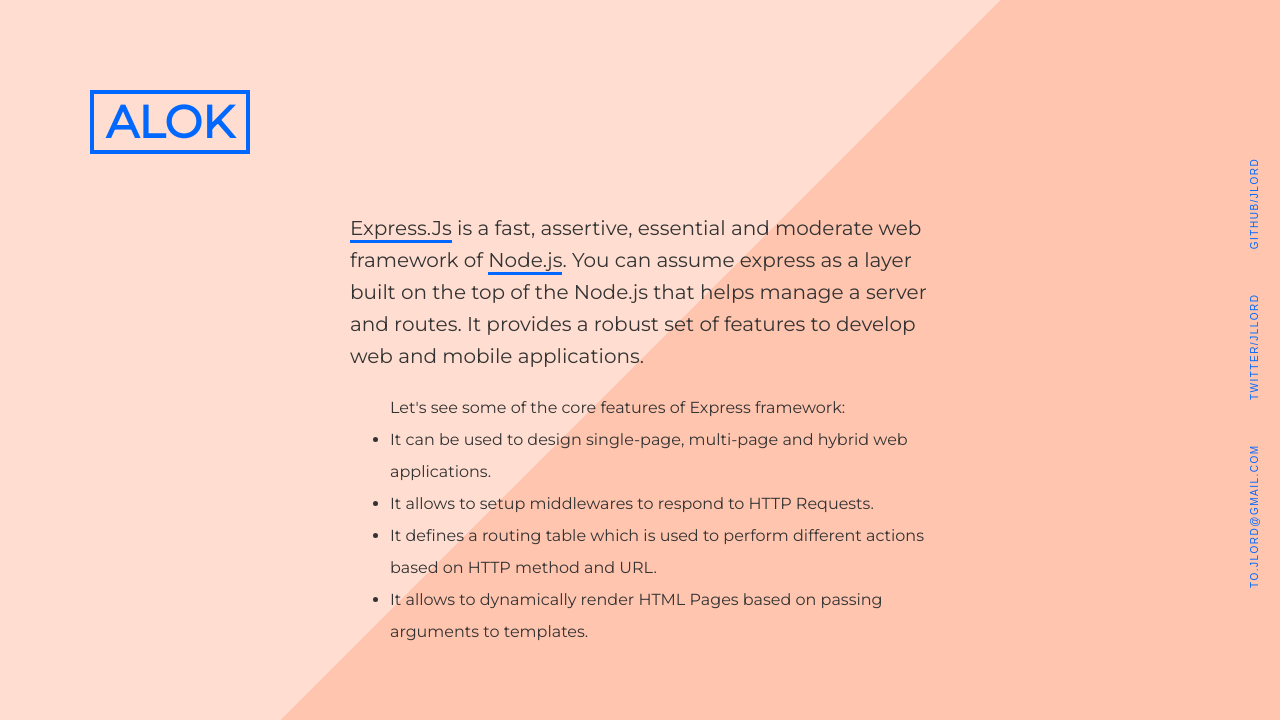
Repository: AalokJadhav/Being_Express.Js
Page: public/Hello_World_Page/index.html
An editor plug-in stored every save of this project. The page is shown before and after the next save, followed by the edit.
The browser window is 1280 px wide. The pictures show the whole page.
An inner scrolling area shows only its first screen. Some web fonts or font styles are not loaded; a fallback is used.

Above is the page before, as saved 2020-11-10 02:46:39.

After the next save:
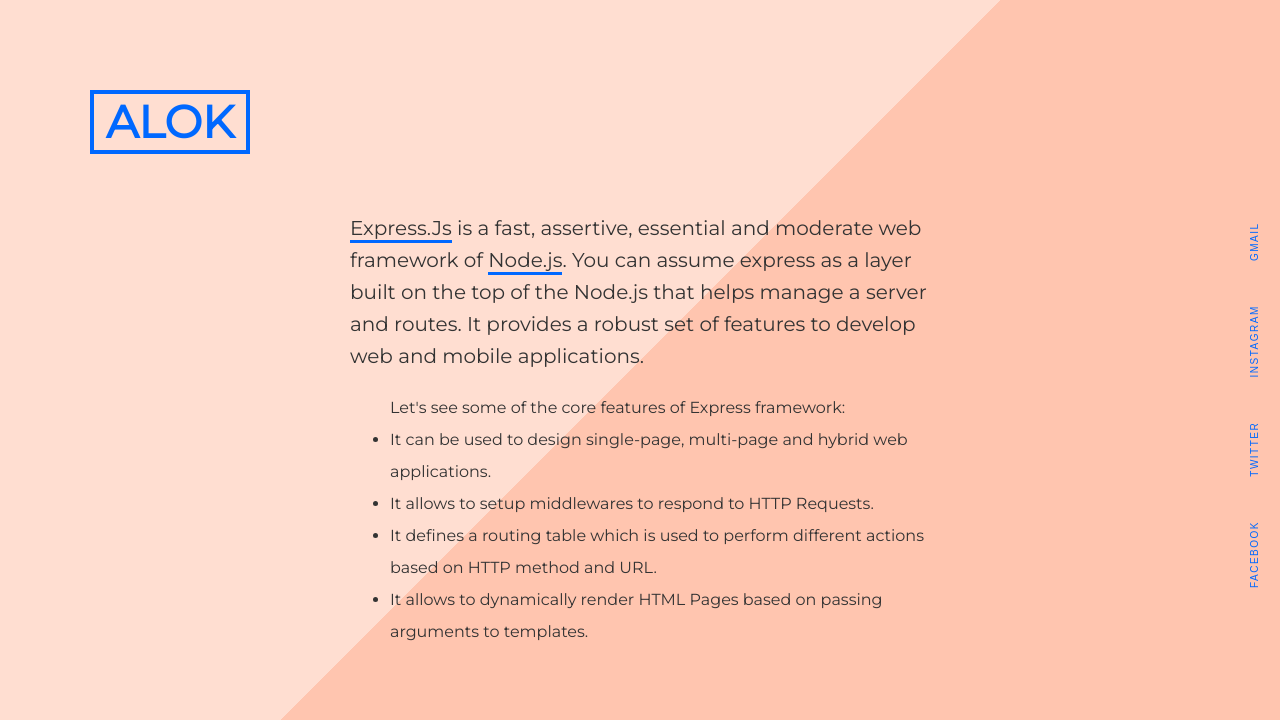
Saved 7 min 22 s later.
--- a/public/Hello_World_Page/index.html
+++ b/public/Hello_World_Page/index.html
@@ -37,9 +37,10 @@
 
       <footer>
         <ul class="meta inline-list">
-          <li><a href="mailto:to.jlord@gmail.com">to.jlord@gmail.com</a></li>
-          <li><a href="http://www.twitter.com/jllord" target="_blank">twitter/jllord</a></li>
-          <li><a href="http://www.github.com/jlord" target="_blank">github/jlord</a></li>
+          <li><a href="https://www.facebook.com/">Facebook</a></li>
+          <li><a href="https://twitter.com/" target="_blank">Twitter</a></li>
+          <li><a href="https://www.instagram.com/" target="_blank">Instagram</a></li>
+          <li><a href="https://accounts.google.com/ServiceLogin/signinchooser?service=mail&passive=true&rm=false&continue=https%3A%2F%2Fmail.google.com%2Fmail%2F&ss=1&scc=1&ltmpl=default&ltmplcache=2&emr=1&osid=1&flowName=GlifWebSignIn&flowEntry=ServiceLogin" target="_blank">Gmail</a></li>
         </ul>
       </footer>
     </div>
